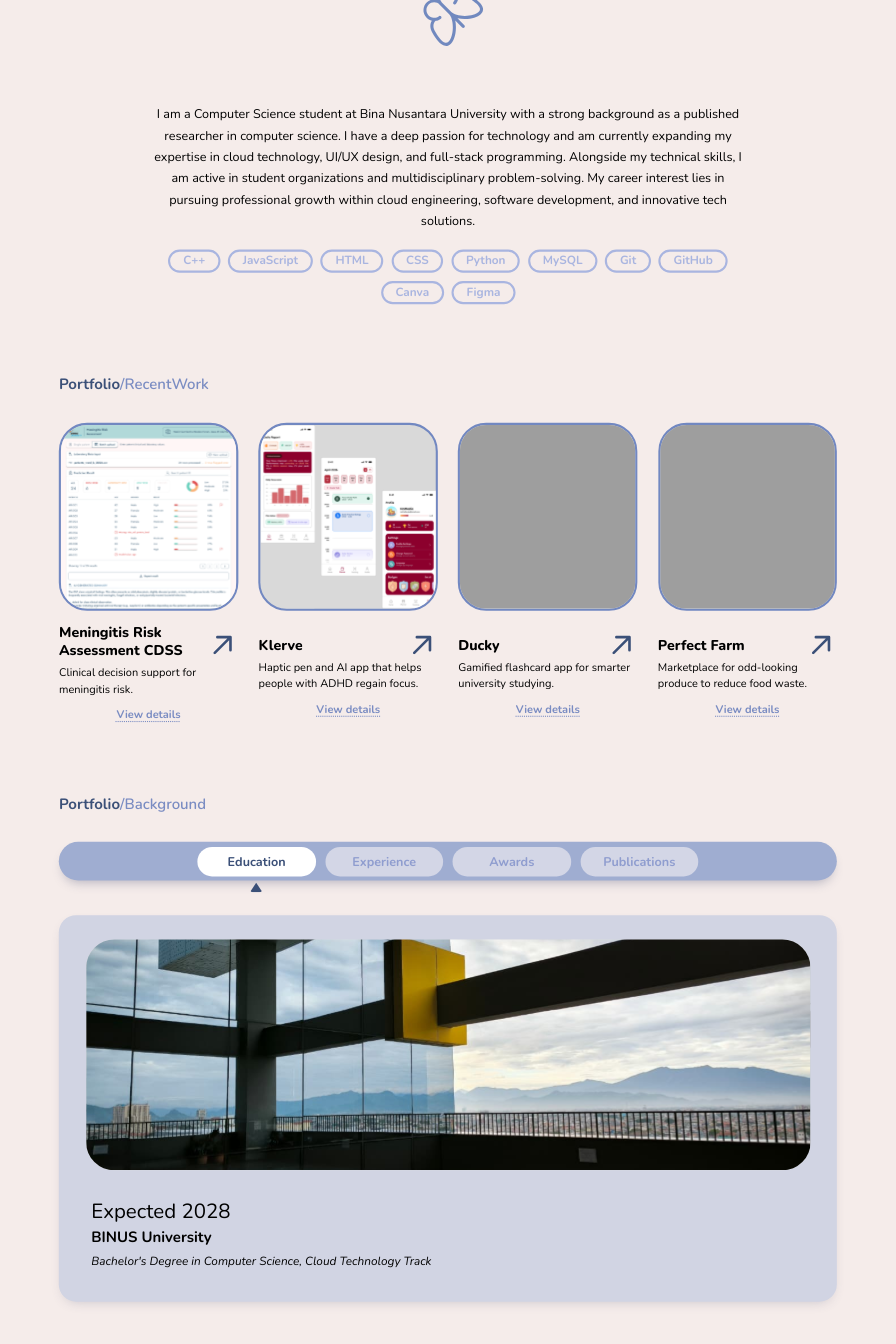
Repository: L-vy/L-vy
Page: /
These files come from the project's save history. The page is drawn as it stood at one moment and after the next save; the edit follows.
The browser window is 1280 px wide. The pictures show the part of the page from y = 740 to 2660 px (the page is 3223 px tall), at 70% of full size.
Pictures or frames that could not be fetched are drawn as grey boxes. Some web fonts or font styles are not loaded; a fallback is used. The project was rebuilt for these pictures with package versions that can differ from the ones it lists, and the page was loaded fresh each time. Also part of the build but not shown: vite.config.ts, src/components/ExperienceBinder.tsx, src/components/FolderCard.tsx, src/components/ProjectSidebar.tsx, src/pages/ProjectDetails.tsx.

Above is the page before, as saved 2026-10-07 22:05:34.

### index.html
<!doctype html>
<html lang="en">
  <head>
    <meta charset="UTF-8" />
    <meta name="viewport" content="width=device-width, initial-scale=1.0" />
    <meta name="description" content="Portfolio of Latasha Ivy Khoe, Computer Science student specializing in Cloud Technology, UI/UX design and full-stack development." />
    <meta name="theme-color" content="#7288c1" />
    <link rel="icon" href="/images/ivy-logo.svg" />
    <link rel="preconnect" href="https://fonts.googleapis.com" />
    <link rel="preconnect" href="https://fonts.gstatic.com" crossorigin />
    <link href="https://fonts.googleapis.com/css2?family=Nunito:ital,wght@0,400;0,600;0,700;0,800;1,400&family=Playwrite+US+Modern:wght@100..400&display=swap" rel="stylesheet" />
    <title>Latasha Ivy Khoe | Portfolio</title>
  </head>
  <body>
    <div id="root"></div>
    <script type="module" src="/src/main.tsx"></script>
  </body>
</html>

### src/main.tsx
import { StrictMode } from 'react'
import { createRoot } from 'react-dom/client'
import App from './App'
import './styles.css'
createRoot(document.getElementById('root')!).render(<StrictMode><App /></StrictMode>)

### src/App.tsx
import { BrowserRouter, Route, Routes } from 'react-router-dom'
import Home from './pages/Home'
import ProjectDetails from './pages/ProjectDetails'
import CursorCircle from './components/CursorCircle'
export default function App() {
  return (
    <BrowserRouter>
      <CursorCircle />
      <Routes>
        <Route path="/" element={<Home />} />
        <Route path="/recentworks/:id" element={<ProjectDetails />} />
        <Route path="*" element={<Home />} />
      </Routes>
    </BrowserRouter>
  )
}

### src/pages/Home.tsx
import { useEffect } from 'react'
import { useLocation } from 'react-router-dom'
import Navbar from '../components/Navbar'
import Hero from '../components/Hero'
import Skills from '../components/Skills'
import RecentWorks from '../components/RecentWorks'
import Background from '../components/Background'
import ContactSection from '../components/ContactSection'
import Footer from '../components/Footer'
import { pulseContact, scrollToId } from '../components/useGoTo'
export default function Home() {
  const { state } = useLocation() as { state: { scrollTo?: string; pulse?: boolean } | null }
  useEffect(() => {
    if (!state?.scrollTo) { window.scrollTo(0, 0); return }
    const t = setTimeout(() => { scrollToId(state.scrollTo!); if (state.pulse) setTimeout(pulseContact, 700) }, 80)
    return () => clearTimeout(t)
  }, [state])
  return (
  <div style={{transform: 'scale(1.50)',transformOrigin: 'top left',width: '66.667%'}}>
    <>
    <Navbar />
    <main className="page"><Hero /><Skills /><RecentWorks /><Background /><ContactSection /></main>
    <Footer />
    </>
  </div>
  )
}

### src/components/CursorCircle.tsx
import { useEffect, useRef } from 'react'
// Soft circle that follows the pointer and expands over buttons/links. Hidden on touch devices.
export default function CursorCircle() {
  const ref = useRef<HTMLDivElement>(null)
  useEffect(() => {
    if (!window.matchMedia('(hover: hover) and (pointer: fine)').matches) return
    const el = ref.current!
    const move = (e: MouseEvent) => {
      const over = (e.target as Element | null)?.closest('a,button,[data-cursor]')
      el.style.transform = `translate(${e.clientX}px,${e.clientY}px) translate(-50%,-50%) scale(${over ? 1 : 0})`
    }
    const leave = () => { el.style.transform = 'translate(-100px,-100px) scale(0)' }
    window.addEventListener('mousemove', move); document.addEventListener('mouseleave', leave)
    return () => { window.removeEventListener('mousemove', move); document.removeEventListener('mouseleave', leave) }
  }, [])
  return <div ref={ref} className="cursor-circle" aria-hidden="true" />
}

### src/components/Navbar.tsx
import { useEffect, useState } from 'react'
import Icon from './Icon'
import { site } from '../data/site'
import { useGoTo } from './useGoTo'
const tabs = [
  { id: 'home', label: 'Home' },
  { id: 'recent-works', label: 'Recent Works' },
  { id: 'background', label: 'Background' },
]
export default function Navbar() {
  const go = useGoTo(); const [active, setActive] = useState('home')
  useEffect(() => {
    const io = new IntersectionObserver((es) => es.forEach(e => e.isIntersecting && setActive(e.target.id)), { rootMargin: '-40% 0px -55% 0px' })
    tabs.forEach(t => { const el = document.getElementById(t.id); el && io.observe(el) })
    return () => io.disconnect()
  }, [])
  return (
    <header className="nav">
      <nav className="nav-tabs" aria-label="Primary">
        {tabs.map(t => (
          <button key={t.id} className={`nav-tab ${active === t.id ? 'active' : ''}`} aria-label={t.label}
            aria-current={active === t.id ? 'page' : undefined} onClick={() => go(t.id)}>
            {t.id === 'home' ? <img src={site.images.logo} alt="" /> : t.id === 'recent-works' ? <Icon name="recent-works" size={34} /> : <Icon name="background" size={34} />}
          </button>
        ))}
      </nav>
    </header>
  )
}

### src/components/Hero.tsx
import Icon from './Icon'
import { site } from '../data/site'
import { useGoTo } from './useGoTo'
export default function Hero() {
  const go = useGoTo()
  return (
    <section id="home" className="hero">
      <div className="hero-top"><p className="path"><b>Portfolio</b>/Home</p><button className="contact-link" onClick={() => go('contact', true)}>Contact Me</button></div>
      <div className="hero-grid">
        <img className="hero-photo" src={site.images.profile} alt={`Portrait of ${site.name}`}/>
        <div>
          <img className="hello" src={site.images.hello} alt="Hello!" />
          <h1>I’m {site.name}</h1>
          <p className="lead">{site.bio}</p>
          <div className="actions">
            <button className="btn" onClick={() => go('recent-works')}>View my work <Icon name="arrow-right" size={22} /></button>
            <a className="link-dotted grey" href={site.resume} download>Download Resume</a>
          </div>
        </div>
      </div>
      <img className="butterfly" src={site.images.butterfly} alt="" />
    </section>
  )
}

### src/components/Skills.tsx
import { site } from '../data/site'
import Reveal from './Reveal'
export default function Skills() {
  return (
    <Reveal className="intro">
      <p className="intro-text">{site.about}</p>
      <ul className="pills" aria-label="Skills">{site.skills.map(s => <li key={s} className="pill">{s}</li>)}</ul>
    </Reveal>
  )
}

### src/components/RecentWorks.tsx
import { projects } from '../data/projects'
import ProjectCard from './ProjectCard'
import Reveal from './Reveal'
export default function RecentWorks() {
  return (
    <section id="recent-works" className="section">
      <p className="path"><b>Portfolio</b>/RecentWork</p>
      <Reveal className="cards">{projects.slice(0, 4).map(p => <ProjectCard key={p.id} p={p} />)}</Reveal>
    </section>
  )
}

### src/components/Background.tsx
import { useState } from 'react'
import { education, awards, publications } from '../data/background'
import ExperienceBinder from './ExperienceBinder'
import FolderCard from './FolderCard'
import Reveal from './Reveal'
const tabs = ['Education', 'Experience', 'Awards', 'Publications'] as const
type Tab = typeof tabs[number]
export default function Background() {
  const [tab, setTab] = useState<Tab>('Education')
  return (
    <section id="background" className="section">
      <p className="path"><b>Portfolio</b>/Background</p>
      <div className="tabbar" role="tablist" aria-label="Background categories">
        {tabs.map(t => (
          <div key={t} className="tabwrap">
            <button role="tab" aria-selected={tab === t} className={`tab ${tab === t ? 'on' : ''}`} onClick={() => setTab(t)}>{t}</button>
            {tab === t && <span className="pointer" aria-hidden="true" />}
          </div>))}
      </div>
      <div className={`panel ${tab === 'Experience' ? 'bound' : ''}`}>
        <Reveal key={tab} className="fill">
          {tab === 'Education' && (
            <div className="banner">
              <img className="banner-img" src={education.image} alt="BINUS University" loading="lazy" />
              <div className="tx"><h2 className="fx">{education.year}</h2><h3>{education.school}</h3><p>{education.degree}</p></div>
            </div>)}
          {tab === 'Experience' && <ExperienceBinder />}
          {tab === 'Awards' && <div className="folders">{awards.map(c => <FolderCard key={c.title} c={c} />)}</div>}
          {tab === 'Publications' && <div className="folders">{publications.map(c => <FolderCard key={c.title} c={c} />)}</div>}
        </Reveal>
      </div>
    </section>
  )
}

### src/components/ContactSection.tsx
import Icon from './Icon'
import { useGoTo } from './useGoTo'
export default function ContactSection() {
  const go = useGoTo()
  return (
    <section id="contact" className="contact">
      <p className="endnote">Interested in <label className="endnote-highlight">Working Together?</label></p>
      <button className="btn blue" onClick={() => go('contact', true)}>Get in Touch <Icon name="butterfly-cursor" size={16} /></button>
    </section>
  )
}

### src/components/Footer.tsx
import { useEffect, useState } from 'react'
import Icon from './Icon'
import { site, socialLinks } from '../data/site'
const items = [
  { k: 'email', label: 'Email', icon: 'mail' }, { k: 'whatsapp', label: 'WhatsApp', icon: 'whatsapp' },
  { k: 'github', label: 'GitHub', icon: 'github' }, { k: 'linkedin', label: 'LinkedIn', icon: 'linkedin' }, { k: 'instagram', label: 'Instagram', icon: 'instagram' },
] as const
export default function Footer() {
  const [pulse, setPulse] = useState('')
  useEffect(() => {
    const run = () => { setPulse('email'); setTimeout(() => setPulse('whatsapp'), 600); setTimeout(() => setPulse(''), 1300) }
    window.addEventListener('contact-pulse', run); return () => window.removeEventListener('contact-pulse', run)
  }, [])
  return (
    <footer className="footer">
      <ul>{items.map(({ k, label, icon }) => (<li key={k}><a href={socialLinks[k]} aria-label={label} target={k === 'email' ? undefined : '_blank'} rel="noreferrer" className={`ci ${pulse === k ? 'pulse' : ''}`}><Icon name={icon} size={40} /></a></li>))}</ul>
      <p className="footer-by">{site.footer.by}<br />{site.footer.release}</p>
    </footer>
  )
}

### src/components/useGoTo.ts
import { useLocation, useNavigate } from 'react-router-dom'
export const pulseContact = () => window.dispatchEvent(new Event('contact-pulse'))
export function scrollToId(id: string) {
  if (id === 'contact') { window.scrollTo({ top: document.documentElement.scrollHeight, behavior: 'smooth' }); return }
  document.getElementById(id)?.scrollIntoView({ behavior: 'smooth', block: 'start' }) }
/** Navigate to a section on the home page from anywhere. */
export function useGoTo() {
  const nav = useNavigate(); const { pathname } = useLocation()
  return (id: string, pulse = false) => {
    if (pathname === '/') { scrollToId(id); if (pulse) setTimeout(pulseContact, 700) }
    else nav('/', { state: { scrollTo: id, pulse } })
  }
}

### src/components/Icon.tsx
export default function Icon({ name, size = 24, raw = false }: { name: string; size?: number; raw?: boolean }) {
  if (raw) return <img className="icon" src={`/icons/${name}.svg`} alt="" width={size} height={size} />
  const mask = `url(/icons/${name}.svg) center / contain no-repeat`
  return <span className="icon" aria-hidden="true" style={{ display: 'inline-block', width: size, height: size, backgroundColor: 'currentColor', WebkitMask: mask, mask }} />
}

### src/data/site.ts
export const site = {
  name: 'Latasha Ivy Khoe',
  headline: 'Computer Science Student, Cloud Technology',
  bio: 'Computer Science student in cloud technology, UI/UX design, and full-stack programming.',
  about: 'I am a Computer Science student at Bina Nusantara University with a strong background as a published researcher in computer science. I have a deep passion for technology and am currently expanding my expertise in cloud technology, UI/UX design, and full-stack programming. Alongside my technical skills, I am active in student organizations and multidisciplinary problem-solving. My career interest lies in pursuing professional growth within cloud engineering, software development, and innovative tech solutions.',
  skills: ['C++', 'JavaScript', 'HTML', 'CSS', 'Python', 'MySQL', 'Git', 'GitHub', 'Canva', 'Figma'],
  footer: { by: 'By Ivy', release: 'Release Oct 2026' },
  resume: '/resume/ivy-resume.pdf',
  images: { profile: '/images/profile.svg', logo: '/images/ivy-logo.svg', hello: '/images/hello.svg', butterfly: '/images/butterfly.svg' },
}
export const socialLinks = {
  email: 'mailto:latasha.ivy.khoe.2006@gmail.com',
  whatsapp: 'https://wa.me/6282122269122',
  github: 'https://github.com/L-vy',
  linkedin: 'https://www.linkedin.com/in/latasha-ivy-khoe',
  instagram: 'https://www.instagram.com/livy_khu',
}

### src/components/Reveal.tsx
import { useEffect, useRef, useState, type ReactNode } from 'react'
export default function Reveal({ children, className = '' }: { children: ReactNode; className?: string }) {
  const ref = useRef<HTMLDivElement>(null); const [on, setOn] = useState(false)
  useEffect(() => {
    const io = new IntersectionObserver(([e]) => { if (e.isIntersecting) { setOn(true); io.disconnect() } }, { threshold: 0.1 })
    if (ref.current) io.observe(ref.current); return () => io.disconnect()
  }, [])
  return <div ref={ref} className={`reveal ${on ? 'in' : ''} ${className}`}>{children}</div>
}

### src/components/ProjectCard.tsx
import { Link } from 'react-router-dom'
import Icon from './Icon'
import type { Project } from '../data/projects'
export default function ProjectCard({ p }: { p: Project }) {
  return (
    <article className="card">
      <Link to={`/recentworks/${p.id}`} className="card-img" aria-label={`Open ${p.title}`}>
        <img src={p.image} alt={`${p.title} screenshot`} loading="lazy" width={400} height={420} />
      </Link>
      <div className="card-title"><h3 className="clamp" title={p.title}>{p.title}</h3><Icon name="arrow-up-right" size={30} /></div>
      <p className="card-sum">{p.shortDescription}</p>
      <div className="card-links">
        <Link className="link-dotted" to={`/recentworks/${p.id}`}>View details</Link>
      </div>
    </article>
  )
}

### src/data/background.ts
export interface CardEntry { title: string; sub: string; text: string; date: string; image?: string; link?: string; hint?: string }
export interface OrgItem { title: string; text: string; listTitle: string; list: string[] }
export const education = { image: '/images/education.svg', year: 'Expected 2028', school: 'BINUS University', degree: "Bachelor's Degree in Computer Science, Cloud Technology Track" }
// In text fields, **double asterisks** render as bold.
export interface OrgItem { title: string; text: string; listTitle: string; list: string[]; photos?: string[] }
export const experience = {
  organization: [
    { title: 'Bina Nusantara Computer Club', listTitle: 'Roles', list: ['Learning and Training (LnT) Staff of Board 37'],
      photos: ['/images/experience/bncc-1.svg', '/images/experience/bncc-2.svg', '/images/experience/bncc-3.svg'],
      text: 'Active contributor and leader managing community programs, educational initiatives, and large-scale tech events. Experienced in front-end class coordination, design direction (mood boards, branding, and digital assets), and seamless online event execution via Zoom.' },
    { title: 'Lab Curiosity', listTitle: 'Competitions', list: ['GoGlobal Innovators Challenge 2025 (UK & SEA Edition)', 'The 6th WINACTION International Business Model Canvas Competition', 'Agrivition Pekan Penalaran'],
      text: 'Active member and innovator collaborating with multidisciplinary, multicultural teams to design business models and pitch SDG-driven solutions. Experienced in professional training focused on advanced problem-solving, teamwork, and high-impact presentations.' },
  ] as OrgItem[],
  leadership: { title: 'Freshmen Leader & Partner', subtitle: 'First Year Program BINUSIAN 29',
    photos: ['/images/experience/lead-1.svg', '/images/experience/lead-2.svg', '/images/experience/lead-3.svg'],
    text: 'Experienced student leader who guided incoming freshmen through university orientation, mentored student groups, and facilitated classroom sessions. Delivered presentations on institutional values and coordinated a community tree planting project aligned with the SDGs.' },
  other: { title: 'IJSRS 2026', subtitle: 'Presenting in a Student Research Symposium',
    photos: ['/images/experience/ijsrs-1.svg', '/images/experience/ijsrs-2.svg'],
    text: 'Presented an ongoing research project titled "**Intelliseed: a drone for reforestation**" at the symposium. An autonomous seed-planting drone system that utilizes sensors and remote mapping to perform automated, cost-effective reforestation in hard-to-reach areas.' },
}
// Add `image: '/images/awards/xyz.svg'` to a card to replace its gray placeholder.
export const awards: CardEntry[] = [
  { title: 'WINACTION International Business Model Canvas Competition', sub: 'Top 4 Finalist', date: '05.2025', image: '/images/awards/winaction.svg',
    text: 'Developed Morive, a compact solar-powered atmospheric water generator using local moringa-seed filtration to address water scarcity.' },
  { title: 'Agrivition Pekan Penalaran', sub: 'Finalist', date: '12.2024', image: '/images/awards/agrivition.svg',
    text: 'Designed a regenerative agriculture framework combining drip irrigation, biochar, and vermicomposting to tackle drought and porous soil.' },
]
// TODO: replace the example.com links with the real paper URLs.
export const publications: CardEntry[] = [
  { title: 'Application of First-Order Markov Chain Models in Earthquake Activity Prediction', sub: 'IEEE INFINITYS 2026', date: '2026', link: 'https://ieeexplore.ieee.org/document/11665972', image: '/images/publications/infinitys.svg',
    hint: '2026 IEEE International Conference on Instrumentation, Networks, Future Sustainability, Information Theory, Transportation, and Systems',
    text: 'Explored first-order Markov chain models to analyze and forecast patterns in earthquake activity in Indonesia.' },
  { title: 'Cost sensitive ordinal classification for meningitis risk stratification considering clinical aspects to minimize false negatives', sub: 'ICCSCI 2026', date: '2026', link: 'https://www.sciencedirect.com/science/article/pii/S1877050926029558', image: '/images/publications/iccsci.svg',
    hint: 'The 11th International Conference on Computer Science and Computational Intelligence 2026',
    text: 'Investigated cost-sensitive ordinal classification to minimize false negatives in meningitis risk stratification using clinical metrics.' },
]

Loaded but not shown: src/styles.css (193 lines, source omitted); src/data/projects.ts (42 lines, source omitted)

After the next save:
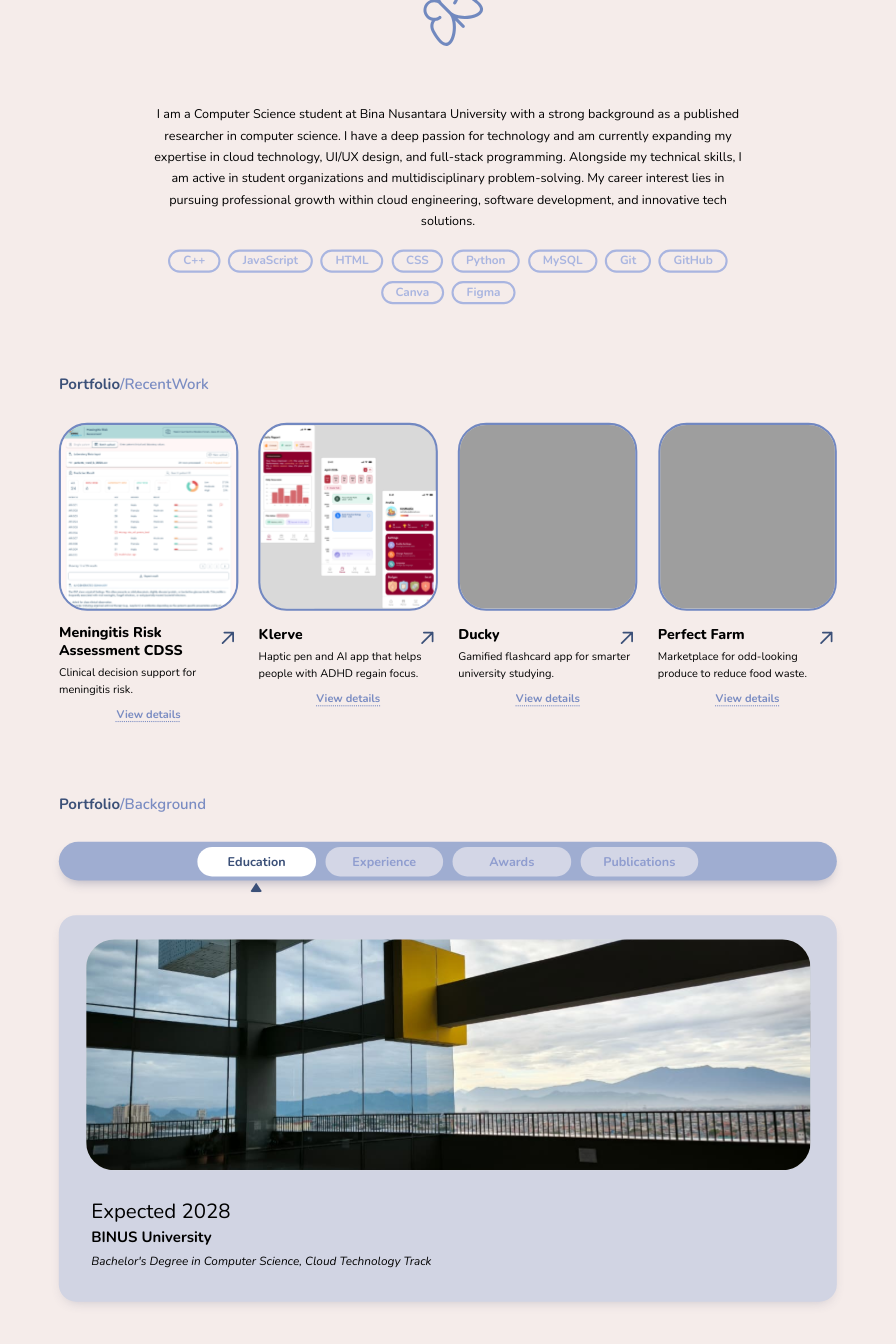
Saved 43 s later.
--- a/src/components/ProjectCard.tsx
+++ b/src/components/ProjectCard.tsx
@@ -7,7 +7,7 @@ export default function ProjectCard({ p }: { p: Project }) {
       <Link to={`/recentworks/${p.id}`} className="card-img" aria-label={`Open ${p.title}`}>
         <img src={p.image} alt={`${p.title} screenshot`} loading="lazy" width={400} height={420} />
       </Link>
-      <div className="card-title"><h3 className="clamp" title={p.title}>{p.title}</h3><Icon name="arrow-up-right" size={30} /></div>
+      <div className="card-title"><h3 className="clamp" title={p.title}>{p.title}</h3><Icon name="arrow-up-right" size={20} /></div>
       <p className="card-sum">{p.shortDescription}</p>
       <div className="card-links">
         <Link className="link-dotted" to={`/recentworks/${p.id}`}>View details</Link>
